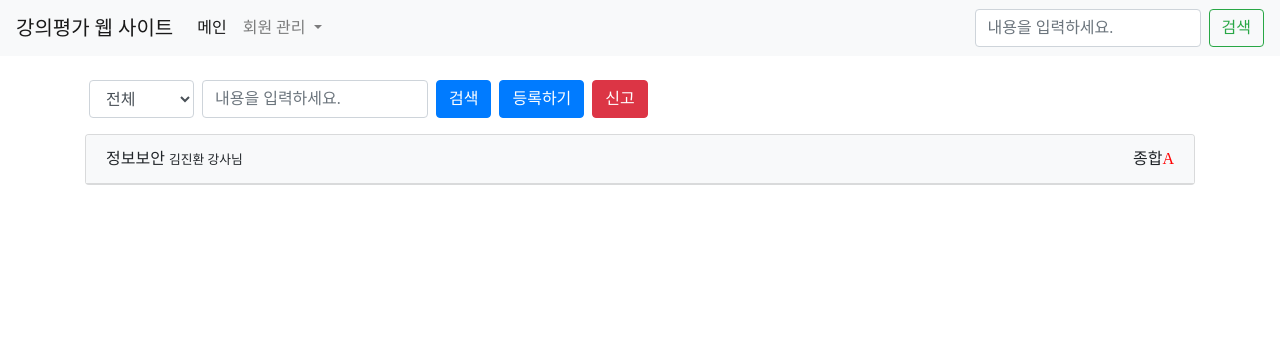
Repository: cldud5221/thdcldud
Page: http://localhost/info/
An editor plug-in stored every save of this project. The page is shown before and after the next save, followed by the edit.
The browser window is 1280 px wide. The pictures show the whole page.
Some web fonts or font styles are not loaded; a fallback is used. The page is served by Tomcat 9. Other server files are loaded and not shown.

Above is the page before, as saved 2019-07-09 11:13:52.

### info/WebContent/index.jsp
<%@ page language="java" contentType="text/html; charset=UTF-8" pageEncoding="UTF-8"%>
<!DOCTYPE html>
<html>
<head>
	<meta http-equiv="Content-Type" content="text/html; charset=UTF-8">
	<meta name="viewport" content="width=device-width, initial-scale=1, shrink-to-fit=no">
	<title> 강의 평가 웹 사이트   </title>
	<!-- 부트스트랩 CSS 추가하기 -->
	<link rel="stylesheet" href="./css/bootstrap.min.css">
	<!-- 커스텀 CSS 추가하기 -->
	<link rel="stylesheet" href="./css/custom.css">
</head>
<body>
	<nav class="navbar navbar-expand-lg navbar-light bg-light">
		<a class="navbar-brand" href="index.jsp"> 강의평가 웹 사이트</a>
		<button class="navbar-toggler" type="button" data-toggle="collapse" data-target="#navbar">
			<span class="navbar-toggler-icon"></span>
		</button>
		<div id="navbar" class="collapse navbar-collapse">
			<ul class="navbar-nav mr-auto">
				<li class="nav-item active">
					<a class="nav-link" href="index.jsp">메인</a>
				</li>
				<li class="nav-item dropdown">
					<a class="nav-link dropdown-toggle" id="dropdown" data-toggle="dropdown">
						회원 관리
					</a>
					<div class="dropdown-menu" aria-labelledby="dropdown">
						<a class="dropdown-item" href="#">로그인</a>
						<a class="dropdown-item" href="#">회원가입</a>
						<a class="dropdown-item" href="#">로그아웃</a>
					</div>
				</li>
			</ul>
			<form class="form-inline my-2 my-lg-0">
				<input class="form-control mr-sm-2" type="search" placeholder="내용을 입력하세요." aria-label="Search">
				<button class="btn btn-outline-success my-2 my-sm-0" type="submit">검색</button>
			</form>
		</div>
	</nav>
	<section class="container">
		<form method="get" action="./index.jsp" class="form-inline mt-3">
			<select name="lectureDivide" class="form-control mx-1 mt-2">
				<option value="전체">전체</option>
				<option value="보안">보안</option>
				<option value="자바">자바</option>
				<option value="웹 개발">웹 개발</option>
				<option value="네트워크]">네트워크</option>
			</select>
			<input type="text" name="search" class="form-control mx-1 mt-2" placeholder="내용을 입력하세요.">
			<button type="submit" class="btn btn-primary mx-1 mt-2">검색</button>
			<a class="btn btn-primary mx-1 mt-2" data-toggle="modal" href="#registerModal">등록하기</a>
			<a class="btn btn-danger mx-1 mt-2" data-toggle="modal" href="#reportModal">신고</a>
		</form>
		<div class="card bg-light mt-3">
			<div class="card-header bg-light">
				<div class="row">
					<div class="col-8 text-left">정보보안&nbsp;<small>김진환 강사님</small></div>
					<div class="col-4 text-right">
						종합<span style="color: red;">A</span>
					</div>
				</div>
			</div>
		</div>
	</section>
	<div class="modal fade" id="registerModal" tabindex="-1" role="dialog" aria-labelledby="modal" aria-hidden="true">
		<div class="modal-dialog">
			<div class="modal-content">
				<div class="modal-header">
					<h5 class="modal-title" id="modal">평가 등록</h5>
					<button type="button" class="close" data-dismiss="modal" aria-label="Close">
						<span aria-hidden="true">&times;</span>
					</button>
				</div>
				<div class="modal-body">
					<form action="./evaluationRegisterAction.jsp" method="post">
						<div class="form-row">
							<div class="form-group col-sm-6">
								<label>강의명</label>
								<input type="text" name="lectureName" class="form-control" maxlength="20">
							</div>
							<div class="form-group col-sm-6">
								<label>강사명</label>
								<input type="text" name="professorName" class="form-control" maxlength="20">
							</div>
						</div>
						<div class="form-row">
							<div class="form-group col-sm-4">
								<label>수강 연도</label>
								<select name="lectureYear" class="form-control">
									<option value="2010">2010</option>
									<option value="2011">2011</option>
									<option value="2012">2012</option>
									<option value="2013">2013</option>
									<option value="2014">2014</option>
									<option value="2015">2015</option>
									<option value="2016">2016</option>
									<option value="2017">2017</option>
									<option value="2018" selected>2018</option>
									<option value="2019">2019</option>
									<option value="2020">2020</option>
									<option value="2021">2021</option>
									<option value="2022">2022</option>
									<option value="2023">2023</option>
								</select>
							</div>
							<div class="form-group col-sm-4">
								<label>수강 분기</label>
								<select name="semesterDivide" class="form-control">
									<option value="1분기" selected>1분기</option>
									<option value="2분기">2분기</option>
									<option value="3분기">3분기</option>
									<option value="4분기">4분기</option>
								</select>
							</div>
							<div class="form-group col-sm-4">
								<label>강의 구분</label>
								<select name="lectureDivide" class="form-control">
									<option value="보안" selected>보안</option>
									<option value="자바">자바</option>
									<option value="웹 개발">웹 개발</option>
									<option value="네트워크">네트워크</option>
								</select>
							</div>
						</div>
						<div class="form-group">
							<label>제목</label>
							<input type="text" name="evaluationTime" class="form-control" maxlength="30">
						</div>
						<div class="form-group">
							<label>내용</label>
							<textarea name="evaluationContent" class="form-control" maxlength="1024" style="height: 120px;"></textarea>
						</div>
						<div class="form-row">
							<div class="form-group col-sm-3">
								<label>종합</label>
								<select name="totalScore" class="form-control">
									<option value="A" selected>A</option>
									<option value="B">B</option>
									<option value="C">C</option>
									<option value="D">D</option>
									<option value="F">F</option>
								</select>
							</div>
							<div class="form-group col-sm-3">
								<label>수업 난이도</label>
								<select name="creditScore" class="form-control">
									<option value="A" selected>A</option>
									<option value="B">B</option>
									<option value="C">C</option>
									<option value="D">D</option>
									<option value="F">F</option>
								</select>
							</div>
							<div class="form-group col-sm-3">
								<label>이해도</label>
								<select name="comfortableScore" class="form-control">
									<option value="A" selected>A</option>
									<option value="B">B</option>
									<option value="C">C</option>
									<option value="D">D</option>
									<option value="F">F</option>
								</select>
							</div>
						</div>
						<div class="modal-footer">
							<button type="button" class="btn btn-secondary" data-dismiss="modal">취소</button>
							<button type="submit" class="btn btn-primary">등록하기</button>
						</div>
					</form>
				</div>
			</div>
		</div>
	</div>
		<div class="modal fade" id="reportModal" tabindex="-1" role="dialog" aria-labelledby="modal" aria-hidden="true">
		<div class="modal-dialog">
			<div class="modal-content">
				<div class="modal-header">
					<h5 class="modal-title" id="modal">신고하기</h5>
					<button type="button" class="close" data-dismiss="modal" aria-label="Close">
						<span aria-hidden="true">&times;</span>
					</button>
				</div>
				<div class="modal-body">
					<form action="./reportAction.jsp" method="post">
						<div class="form-group">
							<label>신고 제목</label>
							<input type="text" name="reportTitle" class="form-control" maxlength="30">
						</div>
						<div class="form-group">
							<label>신고 내용</label>
							<textarea name="reportContent" class="form-control" maxlength="1024" style="height: 120px;"></textarea>
						</div>
						<div class="modal-footer">
							<button type="button" class="btn btn-secondary" data-dismiss="modal">취소</button>
							<button type="submit" class="btn btn-danger">신고하기</button>
						</div>
					</form>
				</div>
			</div>
		</div>
	</div>
	<!-- 제이쿼리 자바스크립트 추가하기 -->
	<script src="./js/jquery.min.js"></script>
	<!-- 파퍼 자바스크립트 추가하기 -->
	<script src="./js/pooper.js"></script>
	<!-- 부트스트랩 자바스크립트 추가하기 -->
	<script src="./js/bootstrap.min.js"></script>
</body>
</html>

### info/WebContent/css/custom.css
@import url(https://fonts.googleapis.com/earlyaccess/jejugothic.css);
@import url(https://fonts.googleapis.com/earlyaccess/nanumgothic.css);
.navbar-brand, h1, h2, h3, h4 {
	font-family: 'Jeju Gothic';
}
h5 {
	font-family: 'Jeju Gothic';
	font-size: 18px;
}
body {
	font-family: 'Nanum Gothic';
}

Loaded but not shown: info/WebContent/css/bootstrap.min.css (library); info/WebContent/js/jquery.min.js (library); info/WebContent/js/pooper.js (library); info/WebContent/js/bootstrap.min.js (library)

After the next save:
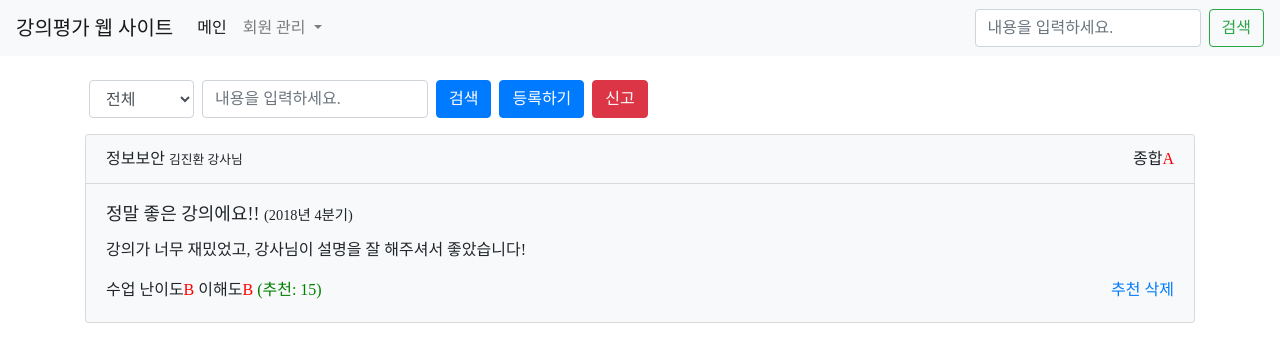
Saved 9 min 7 s later.
--- a/info/WebContent/index.jsp
+++ b/info/WebContent/index.jsp
@@ -61,6 +61,23 @@
 					</div>
 				</div>
 			</div>
+			<div class="card-body">
+				<h5 class="card-title">
+					정말 좋은 강의에요!!&nbsp;<small>(2018년 4분기)</small>
+				</h5>
+				<p class="card-text">강의가 너무 재밌었고, 강사님이 설명을 잘 해주셔서 좋았습니다!</p>
+				<div class="row">
+					<div class="col-9 text-left">
+						수업 난이도<span style="color: red;">B</span>
+						이해도<span style="color: red;">B</span>
+						<span style="color: green;">(추천:  15)</span>
+					</div>
+					<div class="col-3 text-right">
+						<a onclick="return comfirm('추천하시겠나요?')" href="./likeAction.jsp?evaluationID=">추천</a>
+						<a onclick="return comfirm('삭제 하실껀가요?')" href="./deleteAction.jsp?evaluationID=">삭제</a>
+					</div>
+				</div>
+			</div>
 		</div>
 	</section>
 	<div class="modal fade" id="registerModal" tabindex="-1" role="dialog" aria-labelledby="modal" aria-hidden="true">
